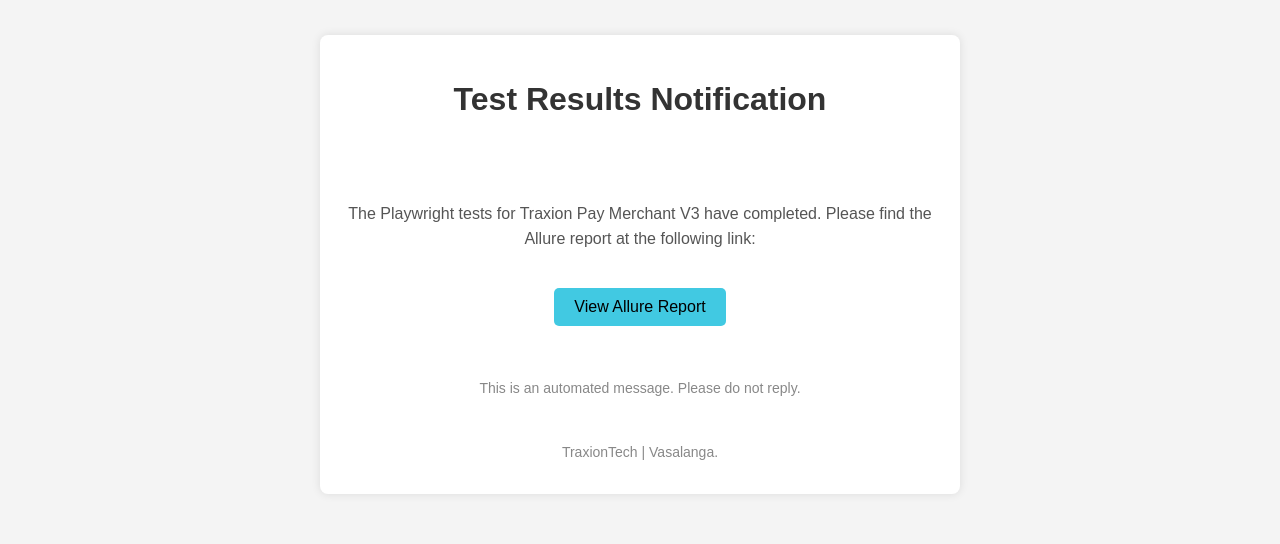
Repository: jmendozaqa24/TraxionPay-V3
Page: template.html
An editor plug-in stored every save of this project. The page is shown before and after the next save, followed by the edit.
The browser window is 1280 px wide. The pictures show the whole page.

Above is the page before, as saved 2025-01-31 10:01:06.

### template.html
<!DOCTYPE html>
            <html lang="en">
            <head>
                <meta charset="UTF-8">
                <meta name="viewport" content="width=device-width, initial-scale=1.0">
                <title>Test Results Notification</title>
            </head>
            <body style="font-family: Arial, sans-serif; background-color: #f4f4f4; margin: 5px 0; padding: 10px 0;">
                <div style="max-width: 600px; margin: 20px auto; background-color: #ffffff; padding: 20px; border-radius: 8px; box-shadow: 0 0 10px rgba(0, 0, 0, 0.1);">
                    <div style="text-align: center; padding-bottom: 20px;">
                        <h1 style="color: #333333; margin: 5; padding: 5px 0; ">Test Results Notification</h1>
                    </div>
                    <div style="text-align: center; padding: 20px 0;">
                        <p style="color: #555555; font-size: 16px; line-height: 1.6;">
                            The Playwright tests for Traxion Pay Merchant V3 have completed. Please find the Allure report at the following link:
                        </p>
                        <a href="https://dread-vin.github.io/TraxionPay-V3/"
                            style="display: inline-block; padding: 10px 20px; margin-top: 20px; font-size: 16px; color: #000000; background-color: #41C9E2; border-radius: 5px; text-decoration: none;">
                            View Allure Report
                        </a>
                    </div>
                    <div style="text-align: center; padding-top: 20px; font-size: 14px; color: #888888;">
                        <p>This is an automated message. Please do not reply.</p>
                    </div>
                    <div style="text-align: center; padding-top: 20px; font-size: 14px; color: #888888;">
                        <p>TraxionTech | Vasalanga.</p>
                    </div>
                </div>
            </body>
            </html>

After the next save:
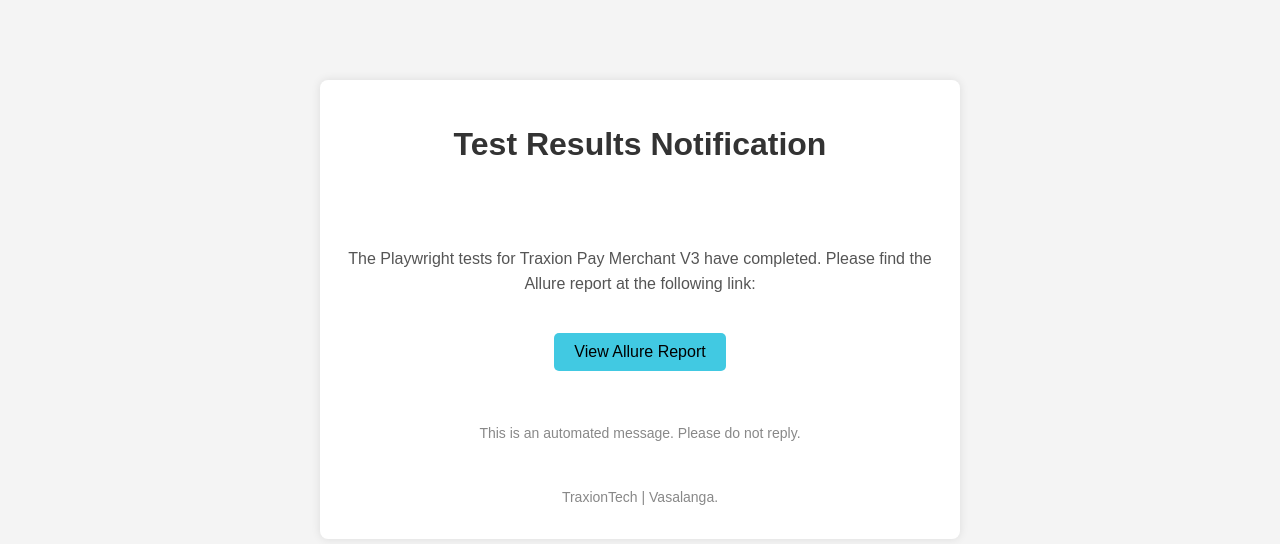
Saved 5 s later.
--- a/template.html
+++ b/template.html
@@ -5,7 +5,7 @@
                 <meta name="viewport" content="width=device-width, initial-scale=1.0">
                 <title>Test Results Notification</title>
             </head>
-            <body style="font-family: Arial, sans-serif; background-color: #f4f4f4; margin: 5px 0; padding: 10px 0;">
+            <body style="font-family: Arial, sans-serif; background-color: #f4f4f4; margin: 50px 0; padding: 10px 0;">
                 <div style="max-width: 600px; margin: 20px auto; background-color: #ffffff; padding: 20px; border-radius: 8px; box-shadow: 0 0 10px rgba(0, 0, 0, 0.1);">
                     <div style="text-align: center; padding-bottom: 20px;">
                         <h1 style="color: #333333; margin: 5; padding: 5px 0; ">Test Results Notification</h1>
